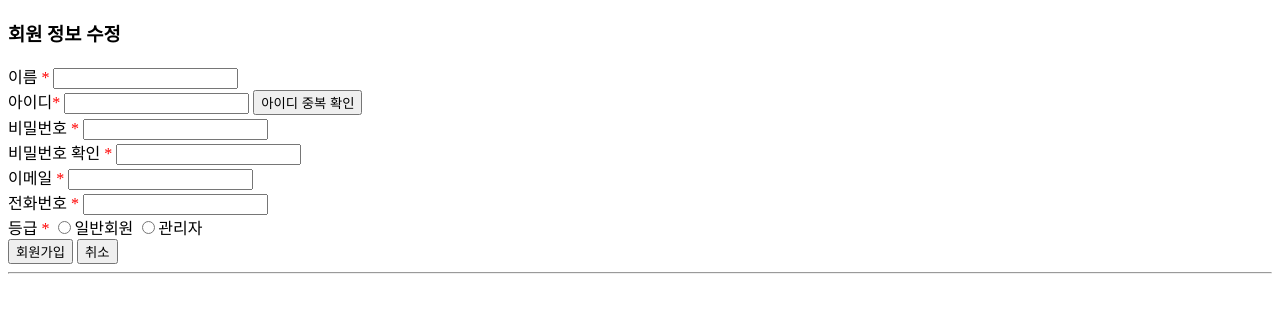
Repository: angwanghyeon/eclipse
Page: http://localhost/sec09/member/memberUpdate.jsp
These files come from the project's save history. The page is drawn as it stood at one moment and after the next save; the edit follows.
The browser window is 1280 px wide. The pictures show the whole page.
The page is served by Tomcat 9.

Above is the page before, as saved 2023-09-05 00:14:53.

After the next save:
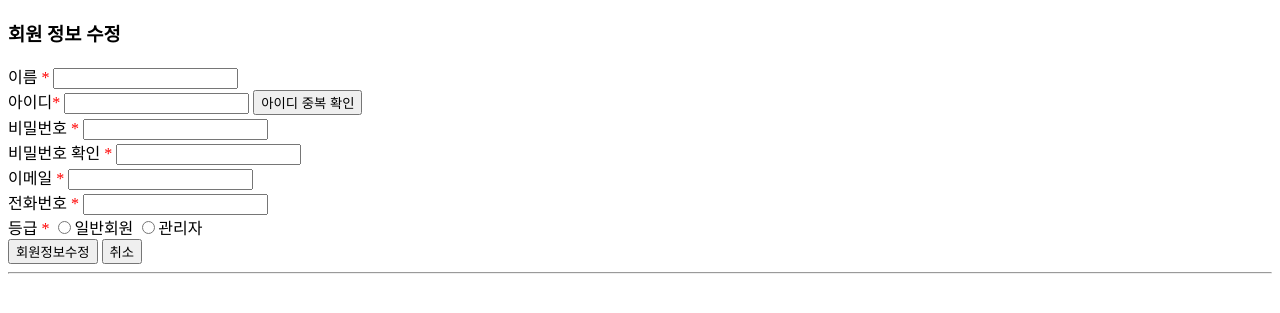
Saved 19 s later.
--- a/sec09/src/main/webapp/member/memberUpdate.jsp
+++ b/sec09/src/main/webapp/member/memberUpdate.jsp
@@ -41,7 +41,7 @@
 		<input type="radio"
 			name="admin"  value="1">관리자<br>
 
-		<input type="submit" value="회원가입" onclick="return joinCheck()">
+		<input type="submit" value="회원정보수정" onclick="return joinCheck()">
 		<input type="reset" value="취소">
 	</form>
 	<hr>
